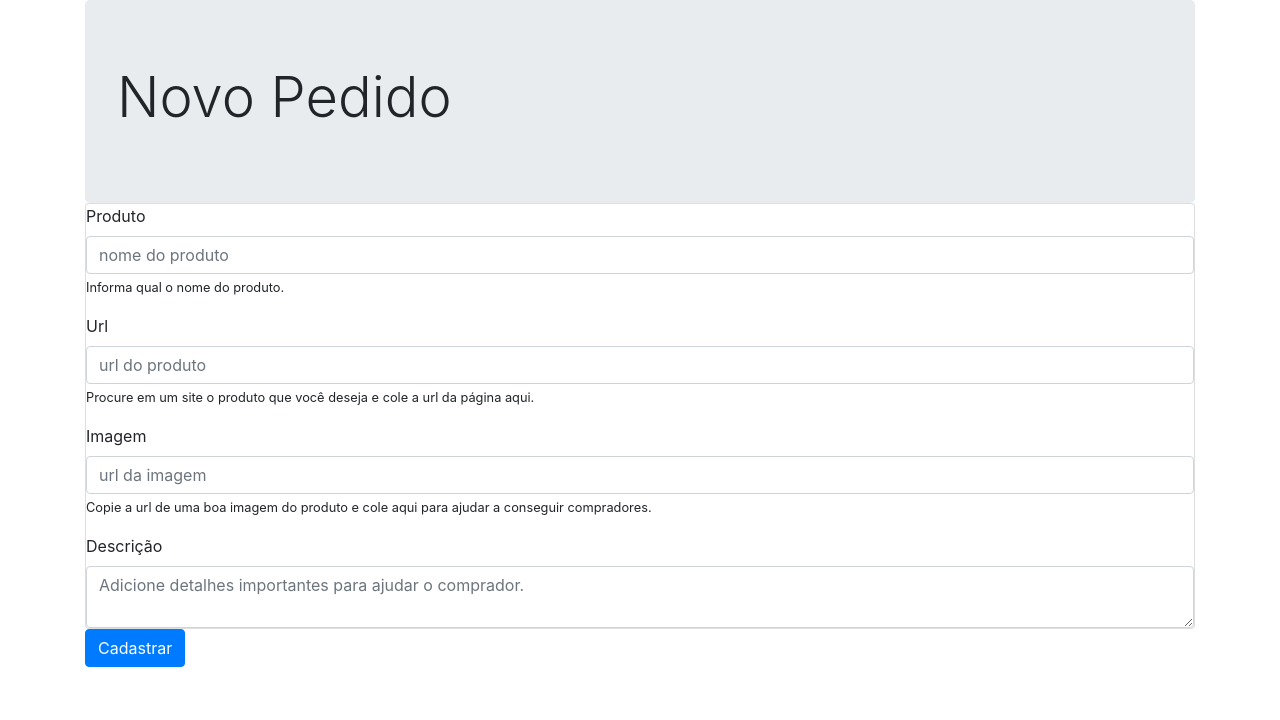
Repository: BrunoMreis/Spring-MVC-Crie-um-web-app-com-Thymeleaf-e-Bootstrap
Page: http://localhost/pedido/formulario
The author's editor kept a copy of each file at every save. The page is drawn from the files as they stood at one save, then again after the next save.
The browser window is 1280 px wide. The pictures show the whole page.
The page is this project's Thymeleaf template; nobody is signed in. The template is opened directly, without the code that normally fills it, so the values that code supplies are empty.

Above is the page before, as saved 2020-10-15 15:10:02.

After the next save:
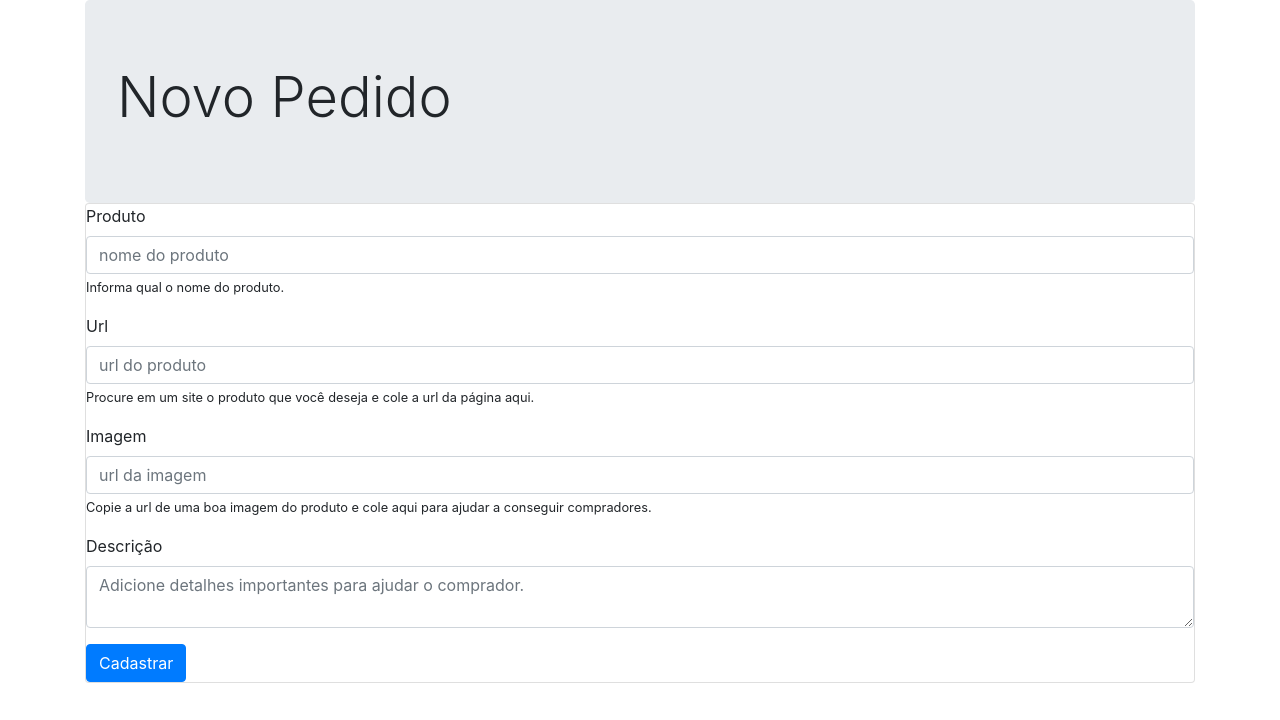
Saved 64 s later.
--- a/mundi/src/main/resources/templates/pedido/formulario.html
+++ b/mundi/src/main/resources/templates/pedido/formulario.html
@@ -32,7 +32,7 @@
 				<small>Copie a url de uma boa imagem do produto e cole aqui para ajudar a conseguir
 					compradores.</small>
 			</div>
-			<divclass="form-group">
+			<div class="form-group">
 				<label for="descricao">Descrição</label>
 				<textarea  th:field="*{descricao}"
 					placeholder="Adicione detalhes importantes para ajudar o comprador." class="form-control"></textarea>
